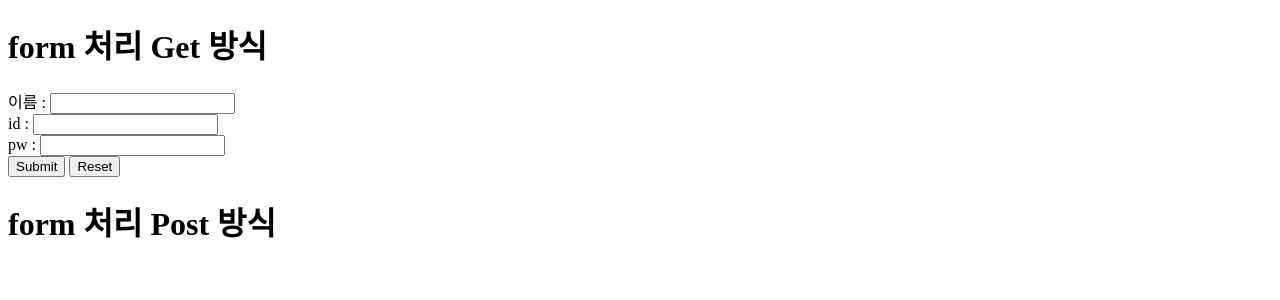
Repository: ssleap/multicampusIoT
Page: workspace190520/edu1/WebContent/form1.html
These files come from the project's save history. The page is drawn as it stood at one moment and after the next save; the edit follows.
The browser window is 1280 px wide. The pictures show the whole page.

Above is the page before, as saved 2019-05-22 01:30:16.

After the next save:
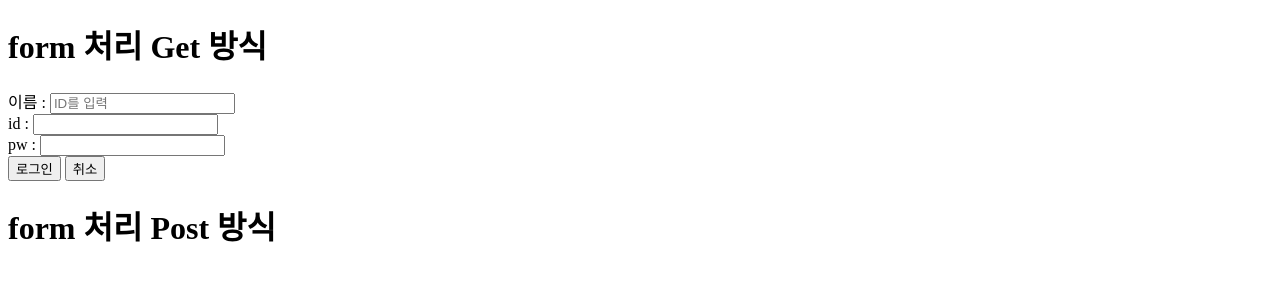
Saved 76 s later.
--- a/workspace190520/edu1/WebContent/form1.html
+++ b/workspace190520/edu1/WebContent/form1.html
@@ -12,15 +12,22 @@
 
 	<form method ="get">
 		이름 : <input
-		type = "text" name = 'name' value =""><br>
+		type = "text"
+		name = 'name'
+		value =""
+		placeholder = "ID를 입력">
+		<br>
 
-		id : <input type = "text" name = "id" value = "">
+		id : <input
+		type = "text"
+		name = "id"
+		value = "">
 		<br>
 		pw : <input
 		type = "text" name = "password" value = ""><br>
 
-		<input type = "submit">
-		<input type = "reset">
+		<input type = "submit" value = "로그인">
+		<input type = "reset" value = "취소">
 	</form>
 
 	<h1> form 처리 Post 방식</h1>
